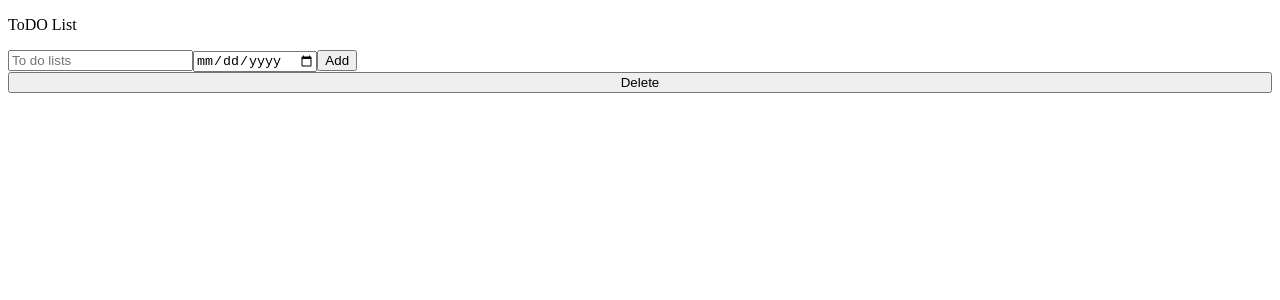
Repository: pgyunknown/ToDo-List
Page: index.html
These files come from the project's save history. The page is drawn as it stood at one moment and after a run of saves; the edit follows.
The browser window is 1280 px wide. The pictures show the whole page.

Above is the page before, as saved 2024-08-29 19:42:06.

### index.html
<!DOCTYPE html>
<html lang="en">
<head>
  <meta charset="UTF-8">
  <meta name="viewport" content="width=device-width, initial-scale=1.0">
  <link rel="stylesheet" href="index.css">
  <title>Document</title>
</head>
<body>
  <div class="grid-body">
  <p>ToDO List</p>
  <input placeholder="To do lists" class="js-name-input"><input type="date" class="js-date-b"><button onclick="addWork();">Add</button><br>

  <div class="js-todo-list todo-grid">text</div>

  </div>

  <script src="index.js"></script>
</body>
</html>

### index.css
.todo-grid{
  display: grid;
  grid-template-columns: ;
}

### index.js
const todoList=[{
  name:'',duedate:''
}
];

eventList();
function eventList(){
  let todoListHTML=' ';
  for(i=0;i<todoList.length;i++){
    const todoObj=todoList[i];
    const {name}=todoObj;
    const {duedate}=todoObj;
    const html=`
    <div class="name-todo">${name}</div>
    <div class="name-duedate">${duedate}</div>
    <button onclick="todoList.splice(${i},1);
    eventList();">Delete</button>
    `;
    todoListHTML+=html;
}
console.log(todoListHTML) ;
document.querySelector('.js-todo-list').innerHTML=todoListHTML;
}
function addWork(){
  const inputElement=document.querySelector('.js-name-input');
  const name=inputElement.value;

  const dateinputElement=document.querySelector('.js-date-b');
  const duedate=dateinputElement.value;

  todoList.push({
    name:name,
    duedate:duedate
  });

  inputElement.value='';
  // console.log(todoList);
  eventList();
}

After the next 5 saves:
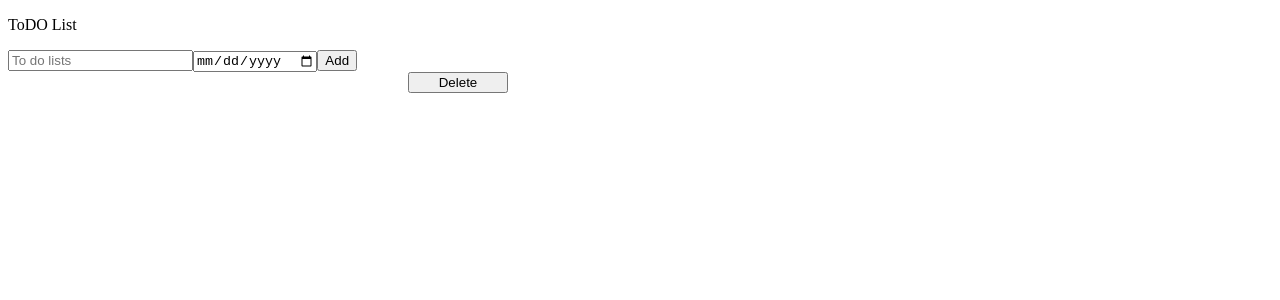
The 5 saves are shown as one change because they came seconds apart.
The last was saved 13 s later.
--- a/index.css
+++ b/index.css
@@ -1,4 +1,4 @@
 .todo-grid{
   display: grid;
-  grid-template-columns: ;
+  grid-template-columns: 250px 150px 100px;
 }
